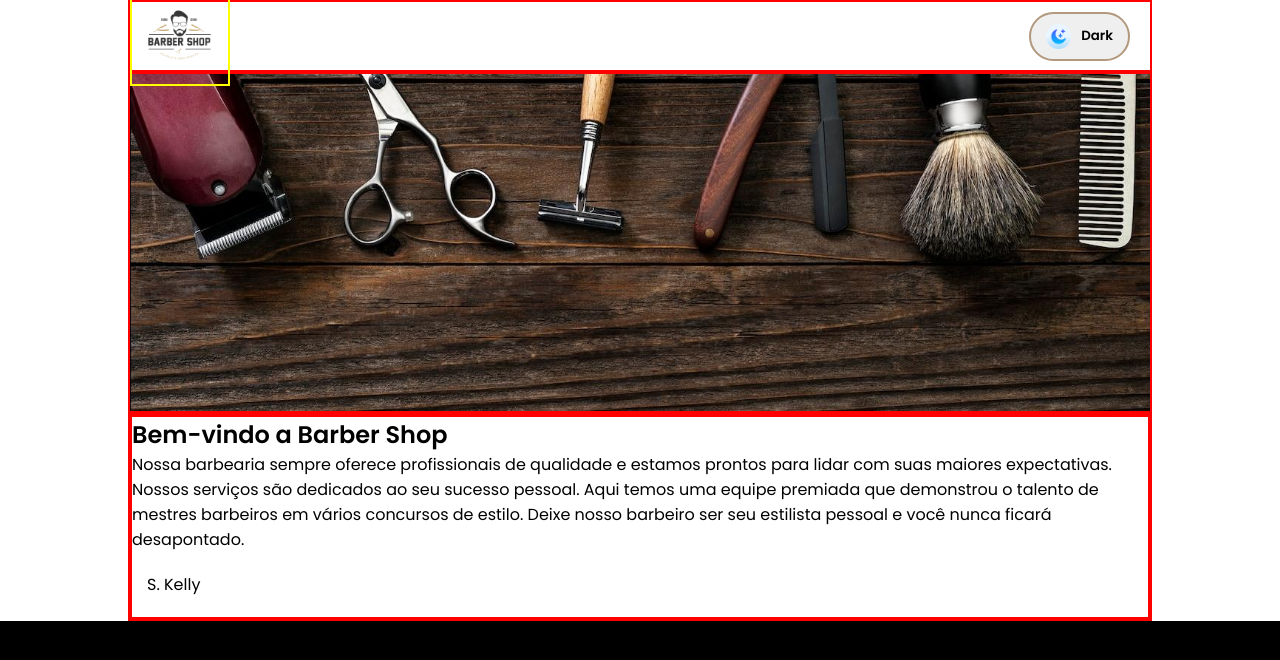
Repository: Daniells642/LandingPage-React
Page: /
An editor plug-in stored every save of this project. The page is shown before and after the next save, followed by the edit.
The browser window is 1280 px wide. The pictures show the whole page.
The project was rebuilt for these pictures with package versions that can differ from the ones it lists, and the page was loaded fresh each time.

Above is the page before, as saved 2022-11-04 21:53:16.

After the next save:
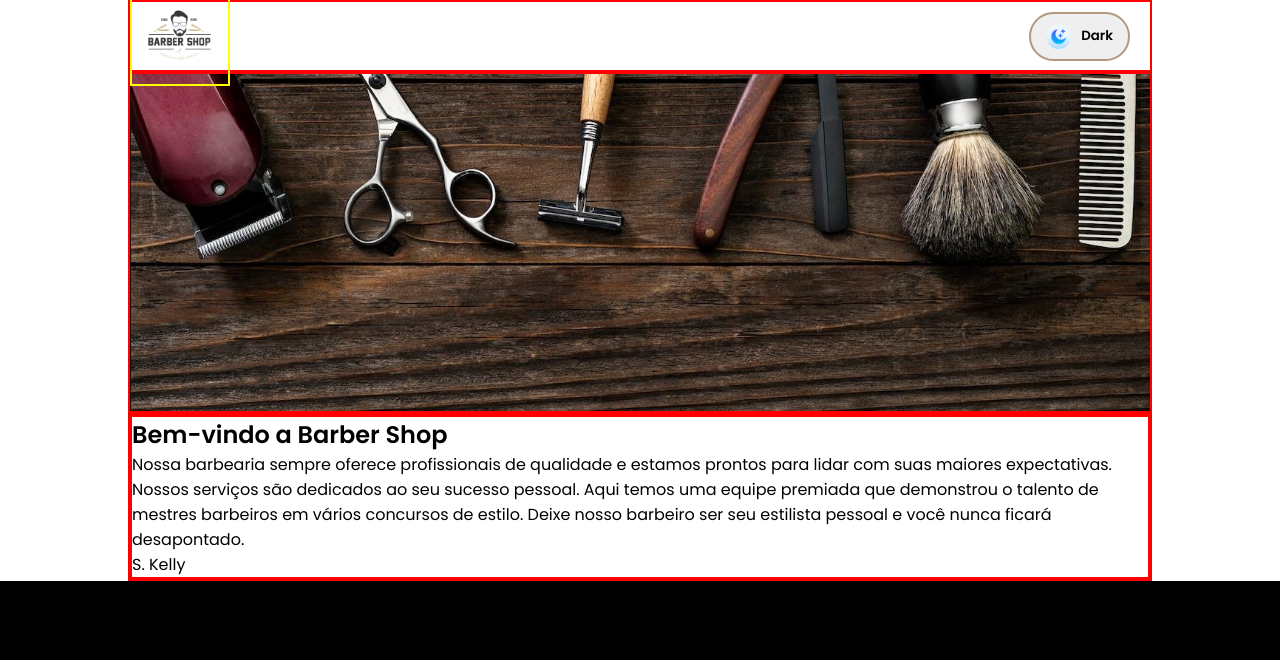
Saved 47 s later.
--- a/src/LandingPage/index.js
+++ b/src/LandingPage/index.js
@@ -19,9 +19,9 @@
         <section id="secao-texto" className='limitar-secao secao-texto'>
             <div className='limitar-secao'>
               <h1>Bem-vindo a Barber Shop</h1>
-              <p>Nossa barbearia sempre oferece profissionais de qualidade e estamos prontos para lidar com suas maiores expectativas.</p>
-              <p>Nossos serviços são dedicados ao seu sucesso pessoal. Aqui temos uma equipe premiada que demonstrou o talento de mestres barbeiros em vários concursos de estilo. Deixe nosso barbeiro ser seu estilista pessoal e você nunca ficará desapontado.</p>
-              <p className='modificado'>S. Kelly</p>
+              <p className='primeiro-paragrafo'>Nossa barbearia sempre oferece profissionais de qualidade e estamos prontos para lidar com suas maiores expectativas.</p>
+              <p className='segundo-paragrafo'>Nossos serviços são dedicados ao seu sucesso pessoal. Aqui temos uma equipe premiada que demonstrou o talento de mestres barbeiros em vários concursos de estilo. Deixe nosso barbeiro ser seu estilista pessoal e você nunca ficará desapontado.</p>
+              <p className='assinatura'>S. Kelly</p>
             </div>
         </section>
     </div>

After the save that followed:
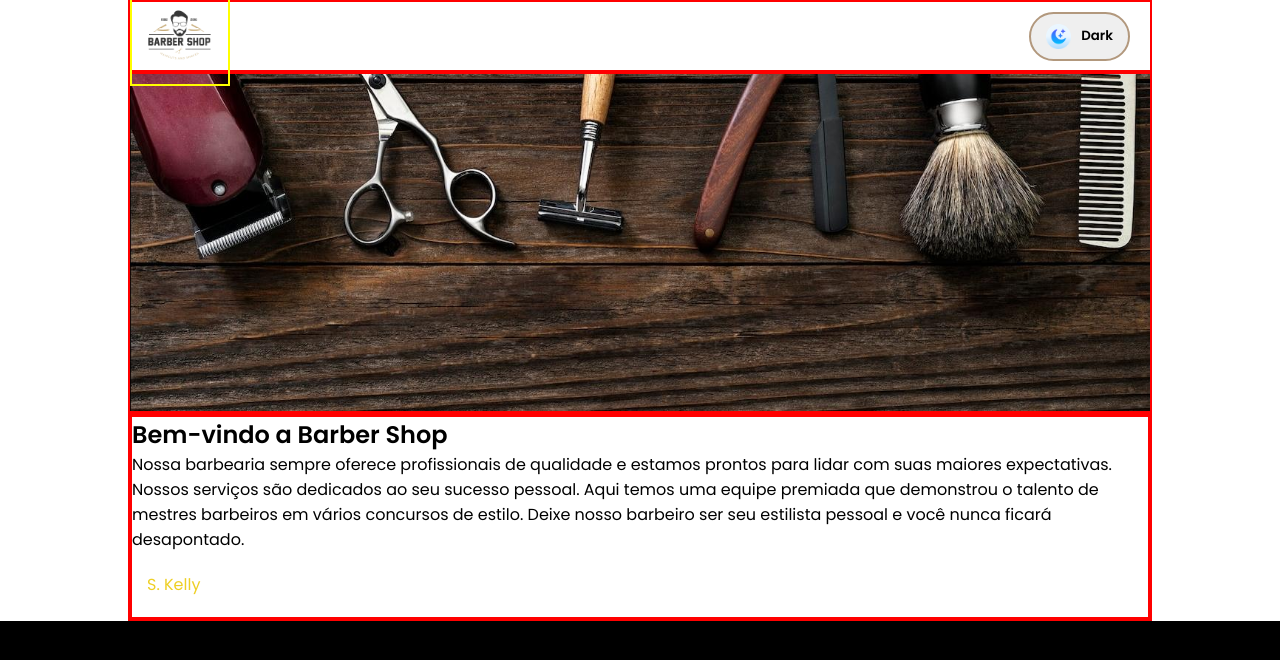
Saved 49 s later.
--- a/src/LandingPage/style.css
+++ b/src/LandingPage/style.css
@@ -48,23 +48,21 @@
   }
 
 .secao-texto {
+    height: auto;
     display: flex;
-    flex-direction: column;
-    flex-wrap: wrap;
     align-items: center;
-    background-color: #fff;
 
 }
 
-.secao-texto h1 {
+.primeiro-paragrafo {
     color: black;
 }
 
-.secao-texto p {
+.segundo-paragrafo {
     color: black;
 }
 
-.modificado {
+.assinatura {
     font-family: 'Poppins', sans-serif;
     color: rgba(235, 200, 3, 0.87);
     padding: 10px 5px;
